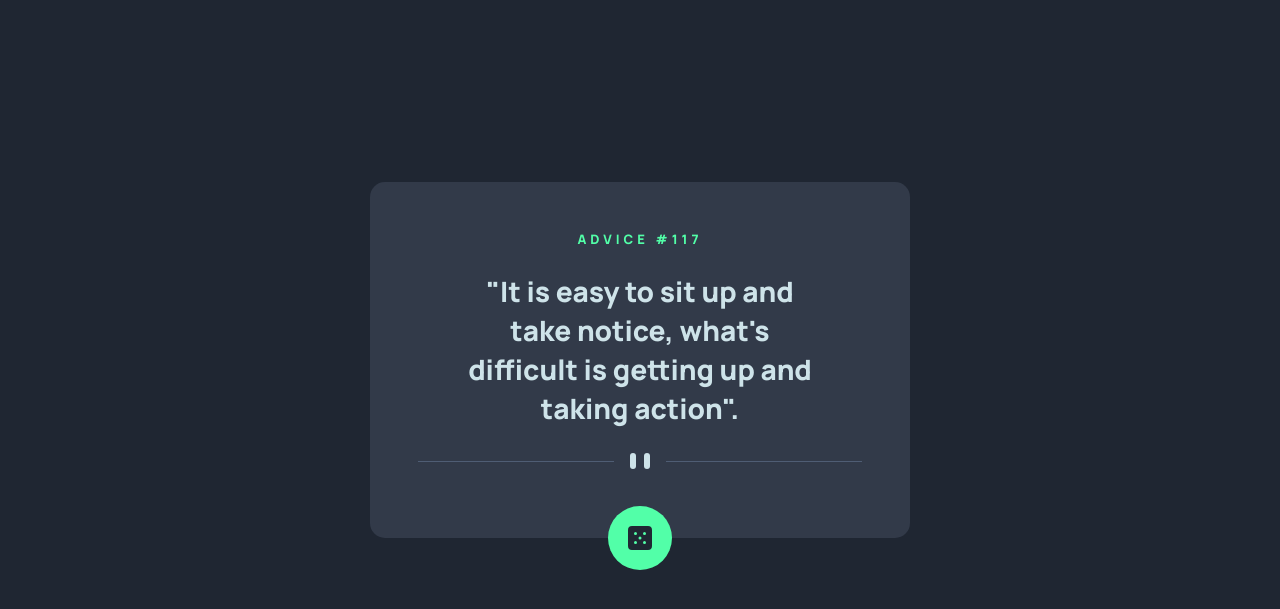
Repository: Daki-builds/advice-generator-app
Page: index.html
An editor plug-in stored every save of this project. The page is shown before and after the next save, followed by the edit.
The browser window is 1280 px wide. The pictures show the whole page.

Above is the page before, as saved 2026-10-08 20:04:42.

After the next save:
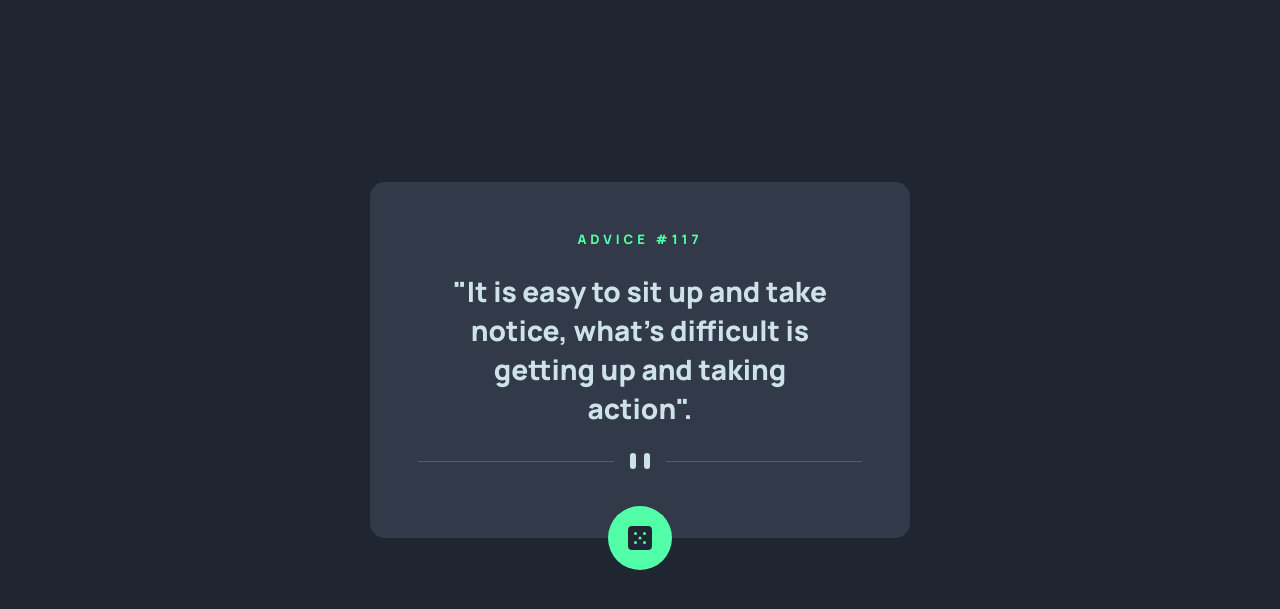
Saved 24 s later.
--- a/style.css
+++ b/style.css
@@ -53,7 +53,7 @@
 p {
   font-size: var(--font-size);
   line-height: 1.4;
-  width: 80%;
+  width: 86%;
   color: var(--blue-200);
 }
 

After the save that followed:
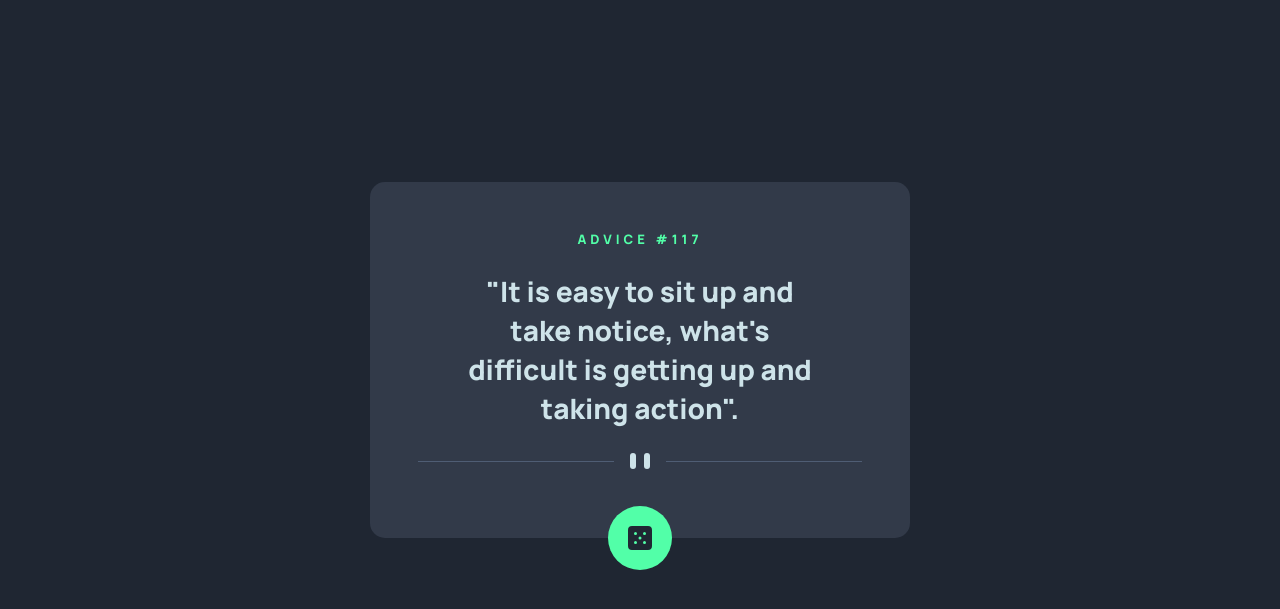
Saved 10 s later.
--- a/style.css
+++ b/style.css
@@ -53,7 +53,7 @@
 p {
   font-size: var(--font-size);
   line-height: 1.4;
-  width: 86%;
+  width: 80%;
   color: var(--blue-200);
 }
 
